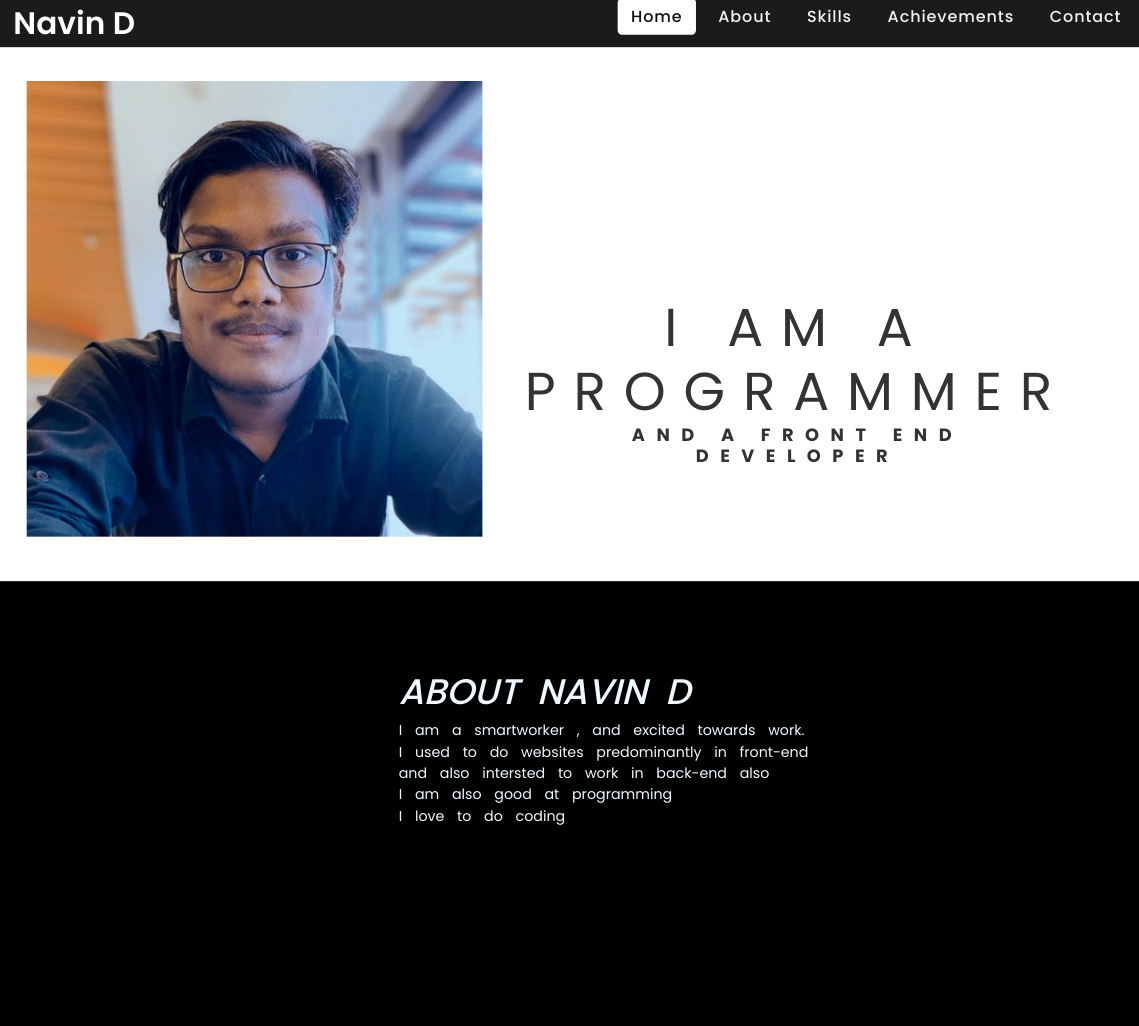
Repository: NavinDayanithi/OIBSIP
Page: Portfolio/index.html
The author's editor kept a copy of each file at every save. The page is drawn from the files as they stood at one save, then again after the next save.
The browser window is 1280 px wide. The pictures show the whole page, at 89% of full size.

Above is the page before, as saved 2023-02-20 19:02:57.
Console error: TypeError: Cannot read properties of undefined (reading 'fn')

### Portfolio/index.html
<!DOCTYPE html>
<!-- Created By CodingNepal -->
<html lang="en" dir="ltr">
   <head>

      <meta charset="utf-8">
      <title>Navin's Portfolio</title>
      <script src="https://cdnjs.cloudflare.com/ajax/libs/OwlCarousel2/2.3.4/owl.carousel.min.js"></script>
      <script type="text/javascript" src="script.js"></script>
      <link rel="stylesheet" href="style.css">
      <link rel="stylesheet" href="https://cdnjs.cloudflare.com/ajax/libs/font-awesome/5.15.3/css/all.min.css"/>
      <meta name="viewport" content="width=device-width, initial-scale=1.0">
      <link href="https://cdn.jsdelivr.net/npm/bootstrap@5.3.0-alpha1/dist/css/bootstrap.min.css" rel="stylesheet" integrity="sha384-GLhlTQ8iRABdZLl6O3oVMWSktQOp6b7In1Zl3/Jr59b6EGGoI1aFkw7cmDA6j6gD" crossorigin="anonymous">
   </head>
   <body>
      <nav>
         <div class="logo">
            Navin D
         </div>
         <input type="checkbox" id="click">
         <label for="click" class="menu-btn">
         <i class="fas fa-bars"></i>
         </label>
         <ul>
            <li><a class="active" href="#">Home</a></li>
            <li><a href="#about">About</a></li>
            <li><a href="#skills">Skills</a></li>
            <li><a href="#">Achievements</a></li>
            <li><a href="#">Contact</a></li>
         </ul>
      </nav>
      <div >
        <img src="navinppimg.jpeg"  class="img1" alt="navinimg">
      </div>
      <div class="text-box">
        <h1 class="heading-primary">
         <span class="heading-primary-main">I am a Programmer</span>
          <span class="heading-primary-sub">and a front end developer</span>
         </h1>
   </div>
   <section class="about" id="about">
      <!-- <img class="about-img" src="https://embetronicx.com/wp-content/uploads/2017/08/background.jpg"  class="img1" alt="navinimg"> -->
      <div class="about-text">
         <h1> <i>ABOUT NAVIN D</i></h1>
         <p>  I am a smartworker , and excited towards work.<br/>
             I used to do websites predominantly in front-end <br/>
             and also intersted to work in back-end also<br/>
             I am also good at programming <br/>
             I love to do coding<br/>
      </p>
      </div>

    </body>
</section>
       </body>
</html>

### Portfolio/style.css
@import url('https://fonts.googleapis.com/css?family=Poppins:400,500,600,700&display=swap');
*{
  margin: 0;
  padding: 0;
  box-sizing: border-box;
  font-family: 'Poppins', sans-serif;
}
nav{
  display: flex;
  height: 100%;
  width: 100%;
  background: #1b1b1b;
  align-items: center;
  justify-content: space-between;
  /* padding: 0 50px 0 50px; */
  /* flex-wrap: wrap; */
}
nav .logo{
  color: #fff;
  font-size: 35px;
  font-weight: 600;
  margin-left: 15px;
}
nav ul{
  display: flex;
  flex-wrap: wrap;
  list-style: none;
}
nav ul li{
  margin: 0 5px;
}
nav ul li a{
  color: #f2f2f2;
  text-decoration: none;
  font-size: 18px;
  font-weight: 500;
  padding: 8px 15px;
  border-radius: 5px;
  letter-spacing: 1px;
  transition: all 0.3s ease;
}
nav ul li a.active,
nav ul li a:hover{
  color: #111;
  background: #fff;
}
nav .menu-btn i{
  color: #fff;
  font-size: 22px;
  cursor: pointer;
  display: none;
}
input[type="checkbox"]{
  display: none;
}
@media (max-width: 1000px){
  nav{
    padding: 0 40px 0 50px;
  }
}
@media (max-width: 920px) {
  nav .menu-btn i{
    display: block;
  }
  #click:checked ~ .menu-btn i:before{
    content: "\f00d";
  }
  nav ul{
    position: fixed;
    top: 80px;
    left: -100%;
    background: #111;
    height: 100vh;
    width: 100%;
    text-align: center;
    display: block;
    transition: all 0.3s ease;
  }
  #click:checked ~ ul{
    left: 0;
  }
  nav ul li{
    width: 100%;
    margin: 40px 0;
  }
  nav ul li a{
    width: 100%;
    margin-left: -100%;
    display: block;
    font-size: 20px;
    transition: 0.6s cubic-bezier(0.68, -0.55, 0.265, 1.55);
  }
  #click:checked ~ ul li a{
    margin-left: 0px;
  }
  nav ul li a.active,
  nav ul li a:hover{
    background: none;
    color: cyan;
  }
}
.content{
  position: absolute;
  top: 50%;
  left: 50%;
  transform: translate(-50%, -50%);
  text-align: center;
  z-index: -1;
  width: 100%;
  padding: 0 30px;
  color: #1b1b1b;
}
.content div{
  font-size: 40px;
  font-weight: 700;
}

.text-box {
    position: absolute;
    top: 60%;
    left: 70%;
    transform: translate(-50%, -50%);
    text-align:center;
  }

  .heading-primary {
      color:#333;
      text-transform: uppercase;
  }

  .heading-primary-main {
      display: block;
      font-size: 60px;
      font-weight: 400;
      letter-spacing: 20px;
     /*  Animation decalaration   */
      animation-name: moveInleft;
      animation-duration: 3s;
  }

  .heading-primary-sub {
      display: block;
      font-size: 20px;
      font-weight: 700;
      letter-spacing: 12.9px;

      animation-name: moveInRight;
      animation-duration: 3s;
  }

  @keyframes moveInleft {
      0% {
          opacity: 0;
          transform: translateX(-100px);
      }

      80% {
          transform: translateX(10px);
      }
      100% {
          opacity: 1;
          transform: translate(0);
      }
  }

  @keyframes moveInRight {
      0% {
          opacity: 0;
          transform: translateX(100px);
      }

      80% {
          transform: translateX(-10px);
      }

      100% {
          opacity: 1;
          transform: translate(0);
      }

  }
  .img1{
    margin-left: 30px;
     margin-top: 3%;
    display: block;
    height:40%;
    width:40%;


  }
  .a{
    float: left;
    /* display: inline; */
    width: 50%;


  }
  .b{
    /* display: inline; */
    float:right;
    width: 50%;
    margin-left: 50px;


  }
   .about{
    background-color: black;
    height: 500px;
    width: 100%;
    color: aliceblue;
    margin-top: 50px;

  }

 .about-text {
  padding-top: 100px;
   padding-left: 35%;
   word-spacing: 10px;
}
.about-text h1{
  padding-left:20;
}

Loaded but not shown: Portfolio/script.js (common file)

After the next save:
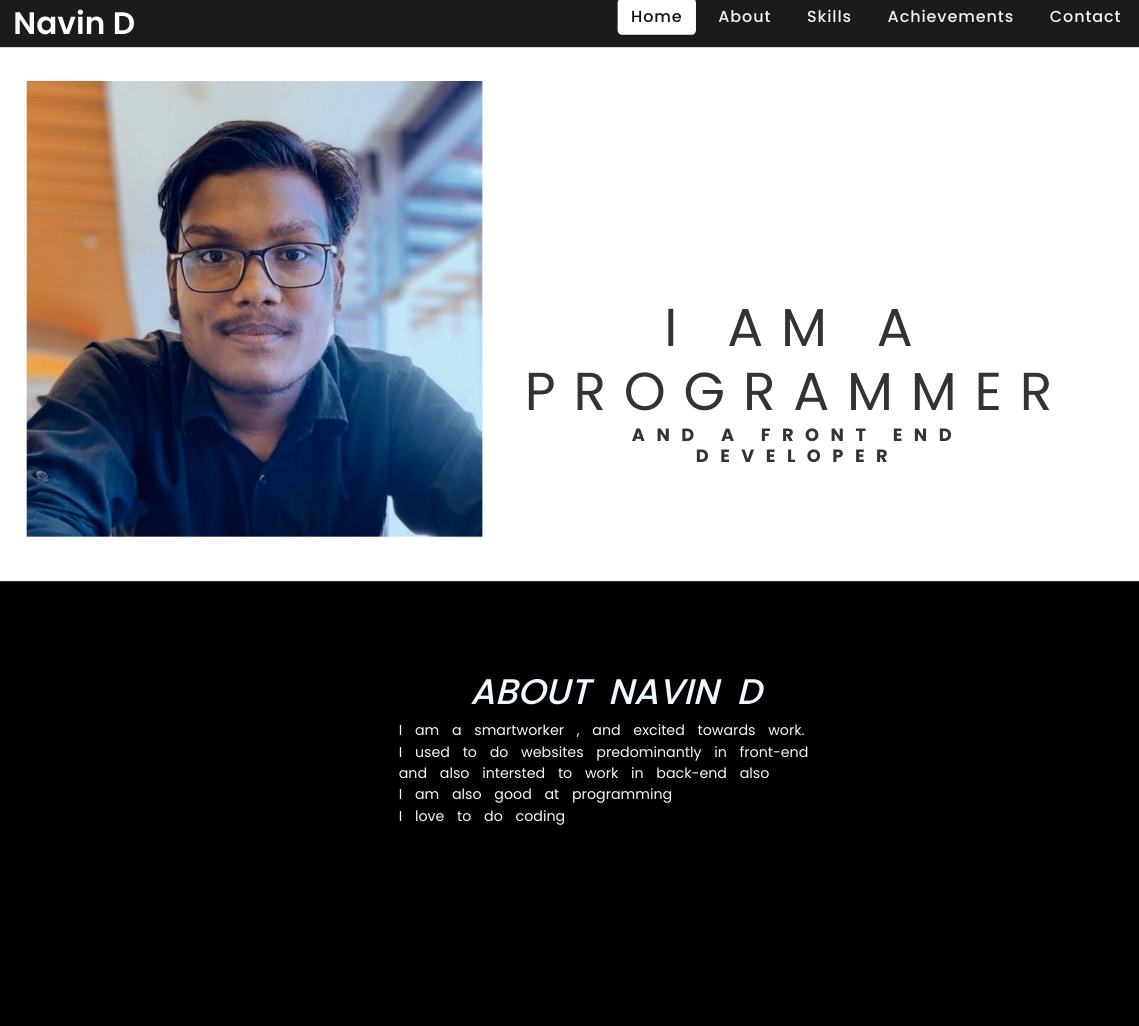
Saved 5 s later.
--- a/Portfolio/style.css
+++ b/Portfolio/style.css
@@ -218,5 +218,5 @@
    word-spacing: 10px;
 }
 .about-text h1{
-  padding-left:20;
-}
+  padding-left:80px;
+}
